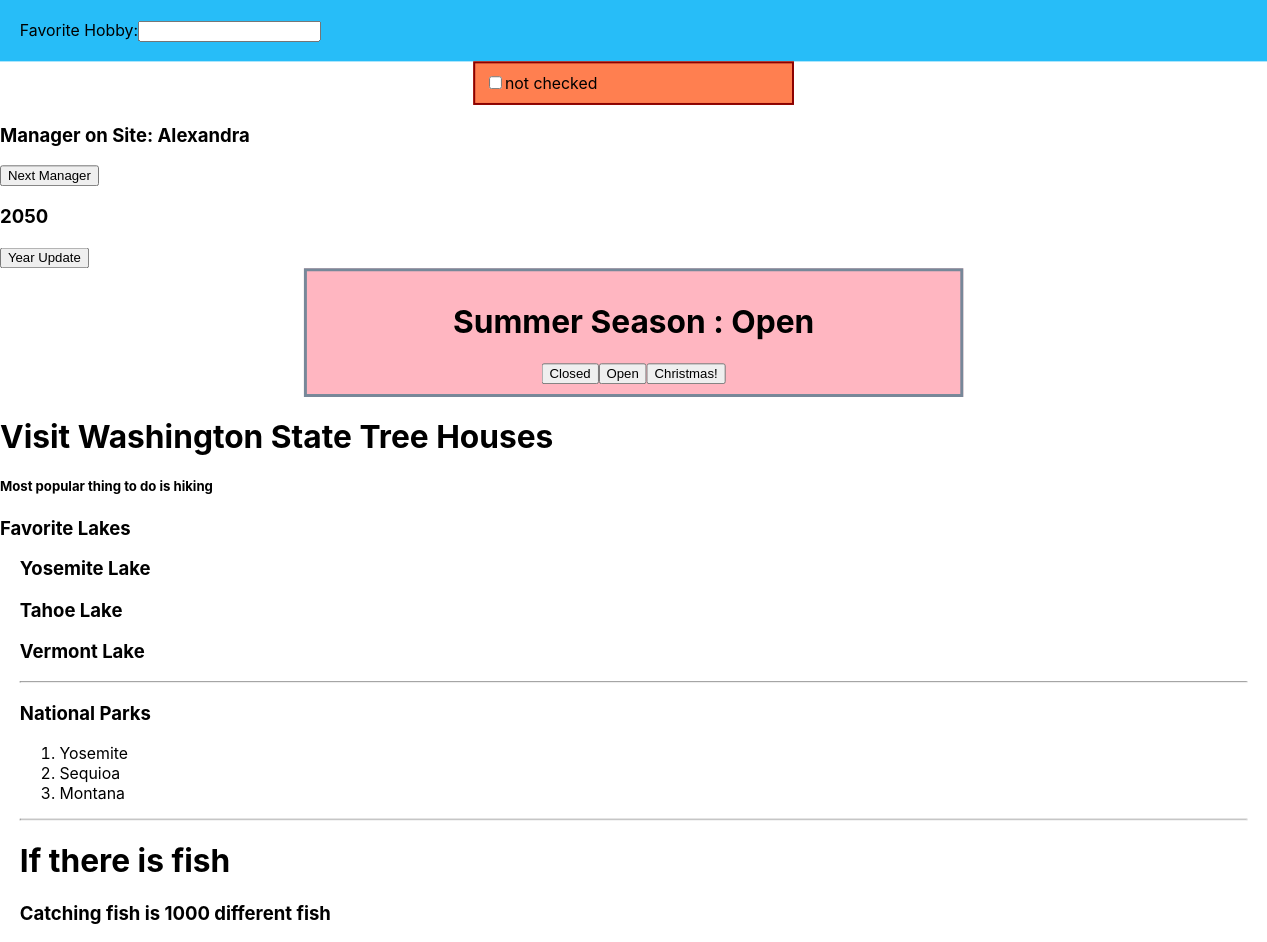
Repository: CaptainStorm21/intro-react-hooks
Page: /
The author's editor kept a copy of each file at every save. The page is drawn from the files as they stood at one save, then again after a run of saves.
The browser window is 1280 px wide. The pictures show the whole page, at 99% of full size.
The project was rebuilt for these pictures with package versions that can differ from the ones it lists, and the page was loaded fresh each time. Also part of the build but not shown: src/App.css.

Above is the page before, as saved 2020-05-27 21:58:23.

After the next 2 saves:
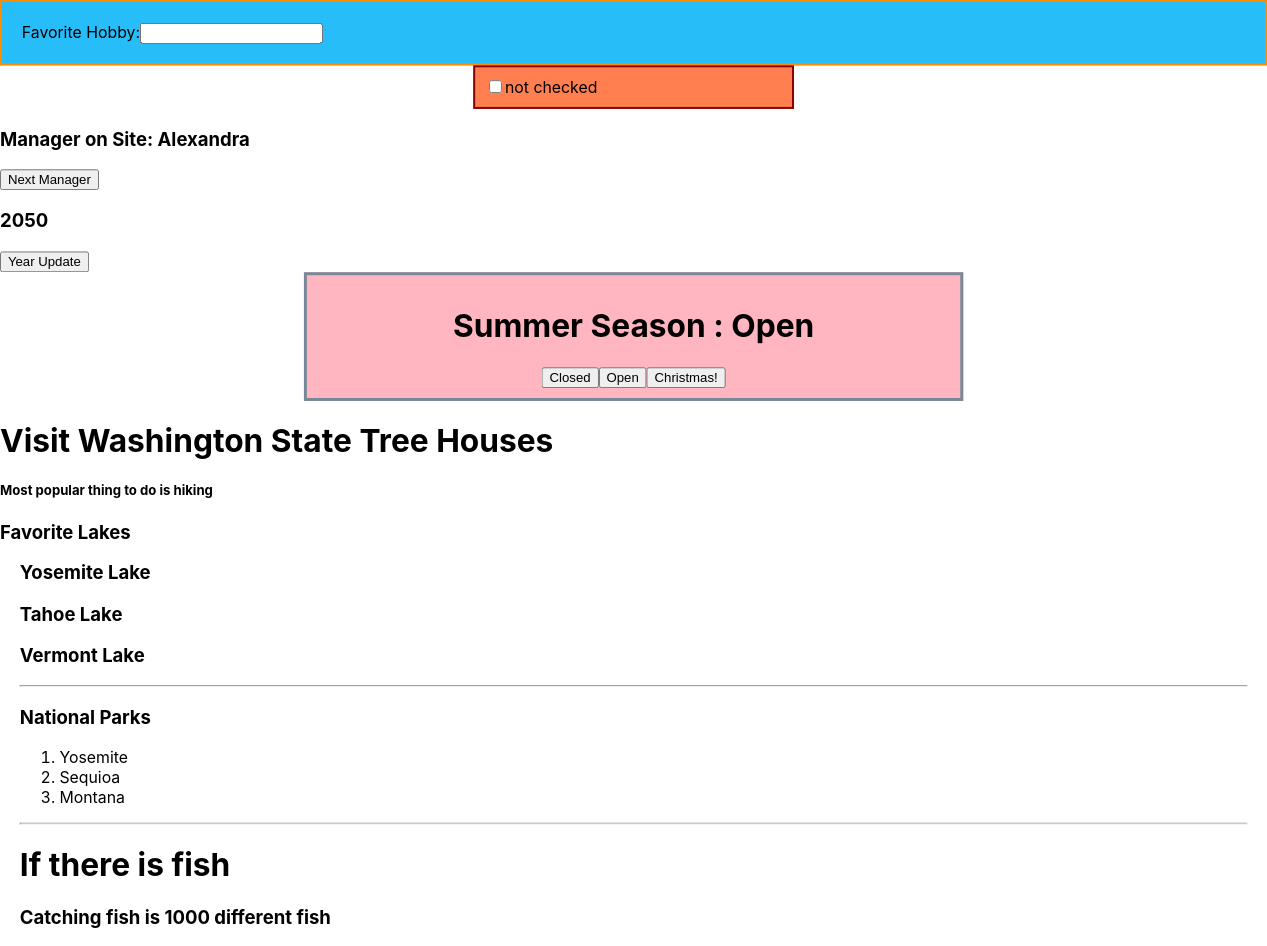
The 2 saves are shown as one change because they came seconds apart.
The last was saved 5 s later.
--- a/src/index.css
+++ b/src/index.css
@@ -30,7 +30,7 @@ code {
   background-color: rgb(39, 189, 248);
   margin: 0 auto;
   padding: 20px;
-  border: 2px solid dark
+  border: 2px solid darkorange;
 
 }
 
